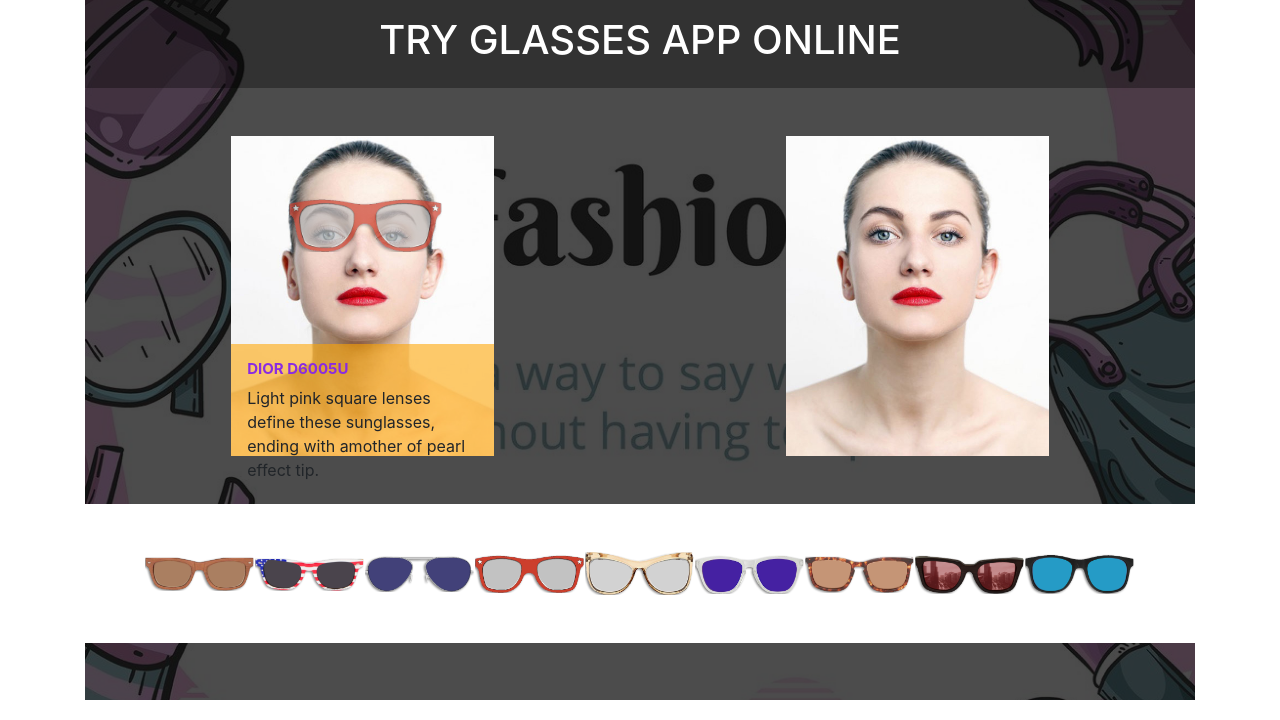
Repository: ducdatit2002/reactjs-try-glasses
Page: /
The author's editor kept a copy of each file at every save. The page is drawn from the files as they stood at one save, then again after the next save.
The browser window is 1280 px wide. The pictures show the whole page.
The project was rebuilt for these pictures with package versions that can differ from the ones it lists, and the page was loaded fresh each time. Also part of the build but not shown: src/App.css.

Above is the page before, as saved 2023-10-24 19:11:52.

After the next save:
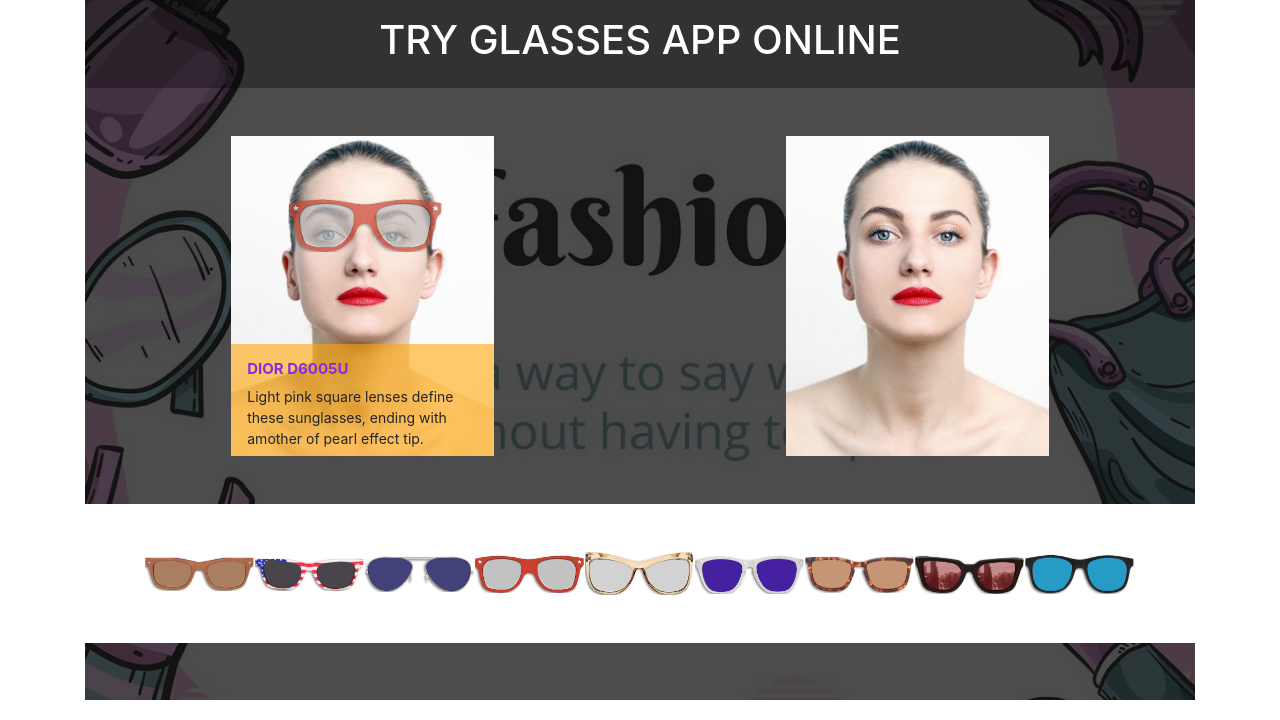
Saved 13 s later.
--- a/src/GlassState/GlassState.css
+++ b/src/GlassState/GlassState.css
@@ -35,3 +35,6 @@
     font-weight: 700;
     color: #8a2be2;
 }
+.content .glass-content {
+    font-size: 14px;
+}
